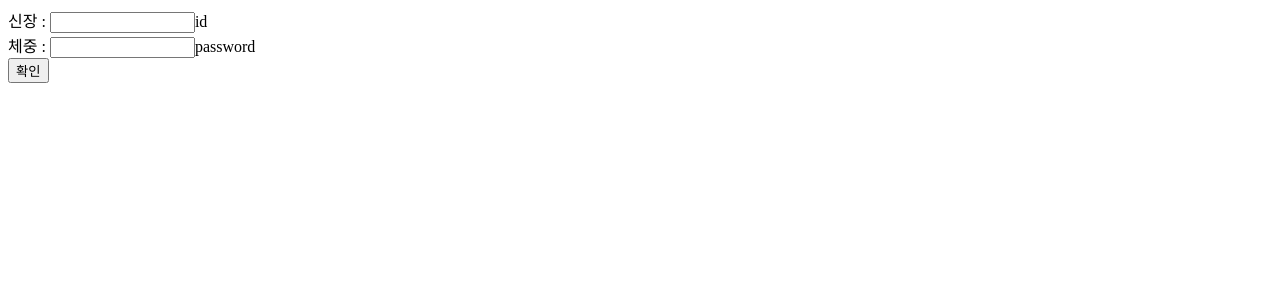
Repository: lee-ruru/jsp_practice
Page: http://localhost/JSPBasic/JspObject/1.requests/req_login_form.jsp
These files come from the project's save history. The page is drawn as it stood at one moment and after the next save; the edit follows.
The browser window is 1280 px wide. The pictures show the whole page.
The page is served by Tomcat 9.

Above is the page before, as saved 2022-02-04 01:21:53.

After the next save:
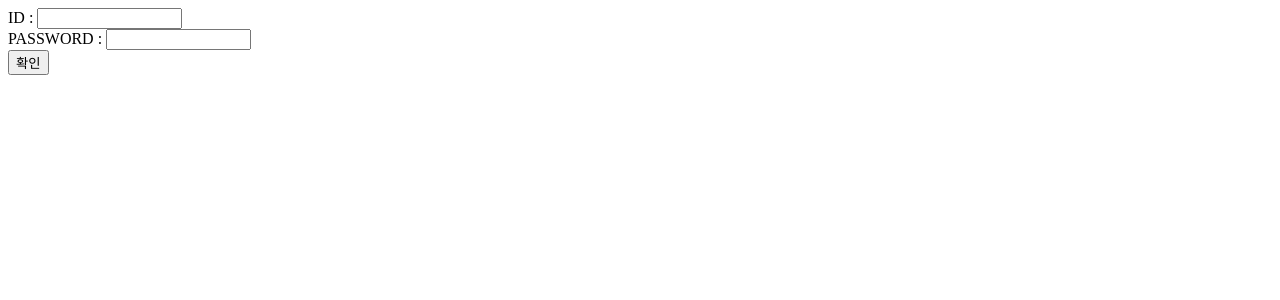
Saved 28 s later.
--- a/JSPBasic/src/main/webapp/JspObject/1.requests/req_login_form.jsp
+++ b/JSPBasic/src/main/webapp/JspObject/1.requests/req_login_form.jsp
@@ -8,8 +8,8 @@
 </head>
 <body>
 	<form action="req_login_result.jsp" method="get">
-		신장 : <input type="text" name="id" size="15px"/>id<br/>
-		체중 : <input type="password" name="password" size="15px"/>password<br/>
+		ID : <input type="text" name="id" size="15px"/><br/>
+		PASSWORD : <input type="password" name="password" size="15px"/><br/>
 		<input type="submit" value="확인"/>
 	</form>
 </body>
